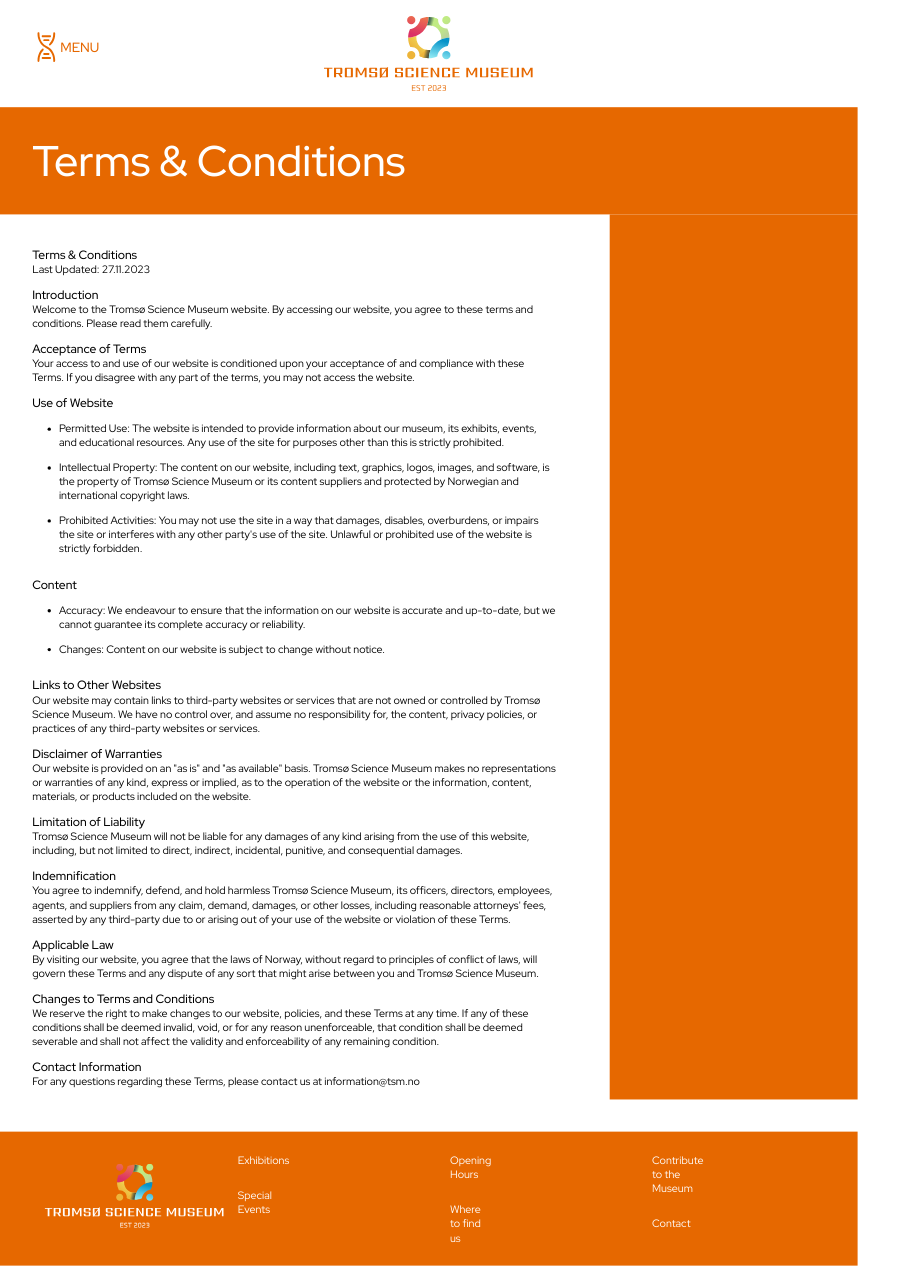
Repository: benjaminskarding/Semester-Project
Page: terms_conditions.html
An editor plug-in stored every save of this project. The page is shown before and after the next save, followed by the edit.
The browser window is 1280 px wide. The page is 1367 px wide, so the pictures cover 1367 px, including what lies to the right of the window. The pictures show the whole page, at 67% of full size.

Above is the page before, as saved 2023-11-29 16:12:05.

### terms_conditions.html
<!DOCTYPE html>
<html lang="en">
<head>
    <meta charset="UTF-8">
    <meta name="viewport" content="width=device-width, initial-scale=1.0">
    <link rel="stylesheet" href="/src/css/terms_conditions.css">
    <link rel="preconnect" href="https://fonts.googleapis.com">
    <link rel="preconnect" href="https://fonts.gstatic.com" crossorigin>
    <link href="https://fonts.googleapis.com/css2?family=Red+Hat+Display:wght@300;400;500;600;700;800&display=swap" rel="stylesheet">
    <title>Terms & Conditions</title>
</head>
<body>
    <header class="header-collection">
        <div class="header-wrapper">
            <nav class="header-main-nav">
                <div class="header-nav-left">
                    <a href="#menuOverlay" aria-label="Open Menu">
                        <img src="assets/images/icons/helixOrange.svg" class="menuIcon" alt="navigation menu icon">
                        <span class="orange">MENU</span>
                    </a>
                </div>
                <div class="header-nav-center-logo"></div>
                    <img class="logo" src="assets/images/logo/logoOrange.svg" alt="company logo">
                <div class="header-nav-right-placeholder">
                </div>
            </nav>
        </div>


        <!--hamburger menu overlay start-->
      <div class="hamburger-overlay" id="menuOverlay" aria-label="Menu overlay">

        <div class="overlay-header">
            <a href="#closeOverlay" class="overlay-close-btn" aria-label="Close menu">&times;</a>
            <a id="closeOverlay"></a>
        </div>

        <div class=overlayTitle>
          <h3>MENU</h3>
        </div>

        <div class="overlayOptionsContainer">
          <div class="separatorLine" aria-hidden="true"></div>
            <a href="list_of_products_men.html">
              <h5 class="menu-item">MENS</h5>
            </a>
          <div class="separatorLine" aria-hidden="true"></div>
            <a href="list_of_products_women.html">
              <h5 class="menu-item">WOMENS</h5>
          </a>
          <div class="separatorLine" aria-hidden="true"></div>
            <a href="list_of_products_men.html">
              <h5 class="menu-item">PHASE OUT 40%</h5>
          </a>
          <div class="separatorLine" aria-hidden="true"></div>
            <a href="about_page.html">
              <h5 class="menu-item">ABOUT</h5>
          </a>
          <div class="separatorLine" aria-hidden="true"></div>
            <a href="contact_us.html">
              <h5 class="menu-item">CONTACT</h5>
          </a>
          <div class="separatorLine" aria-hidden="true"></div>
            <a href="contact_us.html">
              <h5 class="menu-item">SUPPORT</h5>
          </a>
          <div class="separatorLine" aria-hidden="true"></div>
        </div>

        <div class="overlayLogoContainer">
            <img src="assets/images/logo/logo.svg" class="overlayLogo" alt="rainy days logo in hamburger overlay">
        </div>
      </div>
      <!--hamburger menu overlay end-->
    </header>
        <div class="top-bar">
            <h3 class="medium">Terms & Conditions</h3>
        </div>
        <div class="main-content-container">
            <div class="main-content">
                <h6>Terms & Conditions</h6>
                <p>Last Updated: 27.11.2023</p>
                <h6>Introduction</h6>
                <p>Welcome to the Tromsø Science Museum website. By accessing our website, you agree to these terms and conditions. Please read them carefully.</p>
                <h6>Acceptance of Terms</h6>
                <p>Your access to and use of our website is conditioned upon your acceptance of and compliance with these Terms. If you disagree with any part of the terms, you may not access the website.</p>
                <h6>Use of Website</h6>
                <ul>
                    <li>Permitted Use: The website is intended to provide information about our museum, its exhibits, events, and educational resources. Any use of the site for purposes other than this is strictly prohibited.</li>
                    <li>Intellectual Property: The content on our website, including text, graphics, logos, images, and software, is the property of Tromsø Science Museum or its content suppliers and protected by Norwegian and international copyright laws.</li>
                    <li>Prohibited Activities: You may not use the site in a way that damages, disables, overburdens, or impairs the site or interferes with any other party's use of the site. Unlawful or prohibited use of the website is strictly forbidden.</li>
                </ul>
                <h6>Content</h6>
                <ul>
                    <li>Accuracy: We endeavour to ensure that the information on our website is accurate and up-to-date, but we cannot guarantee its complete accuracy or reliability.</li>
                    <li>Changes: Content on our website is subject to change without notice.</li>
                </ul>
                <h6>Links to Other Websites</h6>
                <p>Our website may contain links to third-party websites or services that are not owned or controlled by Tromsø Science Museum. We have no control over, and assume no responsibility for, the content, privacy policies, or practices of any third-party websites or services.</p>
                <h6>Disclaimer of Warranties</h6>
                <p>Our website is provided on an "as is" and "as available" basis. Tromsø Science Museum makes no representations or warranties of any kind, express or implied, as to the operation of the website or the information, content, materials, or products included on the website.</p>
                <h6>Limitation of Liability</h6>
                <p>Tromsø Science Museum will not be liable for any damages of any kind arising from the use of this website, including, but not limited to direct, indirect, incidental, punitive, and consequential damages.</p>
                <h6>Indemnification</h6>
                <p>You agree to indemnify, defend, and hold harmless Tromsø Science Museum, its officers, directors, employees, agents, and suppliers from any claim, demand, damages, or other losses, including reasonable attorneys' fees, asserted by any third-party due to or arising out of your use of the website or violation of these Terms.</p>
                <h6>Applicable Law</h6>
                <p>By visiting our website, you agree that the laws of Norway, without regard to principles of conflict of laws, will govern these Terms and any dispute of any sort that might arise between you and Tromsø Science Museum.</p>
                <h6>Changes to Terms and Conditions</h6>
                <p>We reserve the right to make changes to our website, policies, and these Terms at any time. If any of these conditions shall be deemed invalid, void, or for any reason unenforceable, that condition shall be deemed severable and shall not affect the validity and enforceability of any remaining condition.</p>
                <h6>Contact Information</h6>
                <p>For any questions regarding these Terms, please contact us at information@tsm.no</p>
            </div>
            <div class="sidebar"></div>
        </div>
        <footer id=desktop-footer class="footer">
            <div class="footer-container">
                  <!--footer left side-->
                  <a href="index.html" class="footer-left-container" aria-label="Back to homepage">
                    <img src="assets/images/logo/logo.svg" class="footer-logo" alt="company logo in footer">
                  </a>
                <!--footer center-->
                <div class="footer-center-container">
                  <div class="footer-column-1">
                    <p class="footer-titles">Exhibitions</p>
                    <p class="footer-titles">Special Events</p>
                  </div>
                  <div class="footer-column-2">
                    <p class="footer-titles">Opening Hours</p>
                    <p class="footer-titles">Where to find us</p>
                  </div>
                  <div class="footer-column-3">
                    <p class="footer-titles">Contribute to the Museum</p>
                    <p class="footer-titles">Contact</p>
                  </div>
                  <div class="footer-column-4">
                    <p class="footer-titles">Terms & Conditions</p>
                    <p class="footer-titles">Privacy Policy</p>
                  </div>
                </div>
            </div>
          </footer>
</body>
</html>

### src/css/terms_conditions.css
@import url(common.css);
@import url(_reset.css);
@import url(_variables.css);

.sidebar {
    display: flex;
    flex-direction: column;
    align-items: center;
    justify-content: flex-start;
    background-color: #E66800;
    width: 30%;
}

.main-content {
    display: flex;
    flex-direction: column;
    margin-left: 3rem;
    margin-top: 3rem;
    width: 70%;
}

.main-content p, li {
    margin-bottom: 1em;
    margin-right: 5em;
}

.reduce-margin {
    margin-top: -1em;
}

### src/css/common.css
body, html {
    height: 100%;
    margin: 0;
}

a {
    text-decoration: none;
    cursor: pointer;
    color: inherit;
}

/* common header, landing page has specific */

.header-collection {
    background-color: white;
    height: 160px;
}

.header-wrapper {
    margin-left: 3rem;
    margin-right: 3rem;
}

.logo {
    margin-top: 1.5rem;
}


.header-main-nav {
    display: flex;
    justify-content: space-between;
    align-items: center;
    width: 100%;
}



.header-nav-left {
    flex: 1;
    display: flex;
    align-items: center;
    font-size: 1.25rem;
    font-weight: var(--font-weight-medium);
}

.header-nav-left a {
    display: flex;
    justify-content: flex-start;
    align-items: center;
}

.header-nav-center-logo {
    flex: 0;
}

.header-nav-right-placeholder {
    flex: 1;
    display: flex;
    justify-content: flex-end;
}

/* Footer */

.footer{
    background-color: var(--color-secondary);
    height: 200px;
    display: flex;
    margin-top: 3rem;
}

.footer-container {
    display: flex;
    align-items: center;
    justify-content: space-between;
    margin-left: 3rem;
    margin-right: 3rem;
    width: 100%;
}


.footer-center-container {
    display: flex;
    gap: 15rem;
    margin-right: 3rem;
}

.footer-logo {
    height: 100px;
}

.footer-titles {
    display: flex;
    margin-bottom: 2rem;
    margin-top: 2rem;
    color: white;
}


/* Main content */

.main-content-container {
    display: flex;
}

.top-bar {
    display: flex;
    align-items: center;
    background-color: #E66800;
    width: 100%;
    height: 160px;
}

.top-bar h3 {
    margin-left: 3rem;
}

/* Hamburger overlay */

.hamburger-overlay {
    position: fixed;
    top: 160px;
    right: 0;
    width: 30rem;
    height: 100%;
    background-color: var(--color-secondary);
    z-index: 1000;
    visibility: hidden;
    opacity: 0;
    transition: opacity 0.3s, visibility 0.3s;
    display: flex;
    flex-direction: column;
    justify-content: space-between;
}

.overlay-header {
    display: flex;
    justify-content: space-between;
    align-items: center;
    text-align: center;
}

.hamburger-overlay:target {
    visibility: visible;
    opacity: 1;
}

.overlayOptionsContainer {
    flex-direction: column;
    height: 100%;
}

.menu-item {
    display: flex;
    justify-content: space-between;
    align-items: center;
    margin: 0 1rem;
    color: white;
}

.overlayTitle {
    display: flex;
    align-items: center;
    justify-content: center;
    color: var(--color-primary);
    margin-bottom: 10px;
}

.overlayLogoContainer {
    display: flex;
    justify-content: center;
    margin-bottom: 2rem;
    margin-top: 1rem;
}

.overlayLogo {
    width: 50%;
}

.overlay-close-btn {
    padding-top: 10px;
    margin-left: 1rem;
    color: white;
    font-size: 2rem;
    background: none;
    border: none;
    cursor: pointer;
}

### src/css/_reset.css
*, *:before, *:after {
    box-sizing: inherit;
  }

  body {
    box-sizing: border-box;
    min-height: 100vh;
    margin: 0;
  }

### src/css/_variables.css
:root{
    --color-primary: white;
    --color-secondary: #E66800;

    --font-primary: 'Red Hat Display', sans-serif;
    --font-size: 16px;
    --font-weight-regular: 400;
    --font-weight-medium: 500;
    --font-weight-semibold: 600;
    --font-weight-bold: 700;
}

.medium {
    font-weight: 500
}

.regular {
    font-weight: 400;
}

.semibold {
    font-weight: 600;
}

strong, .bold {
    font-weight: var(--font-weight-bold)
}

body {
    font-family: var(--font-primary)
}

.white {
    color:white;
}

.orange {
    color: var(--color-secondary)
}

h1,h2,h3,h4 {
    color: var(--color-primary)
}

h1,h2,h3,h4,h5,h6,p {
    font-family: var(--font-primary);
    margin: 0;
    padding: 0;
}

h3 {
    font-size: 4rem; /* 64px */
}

h5 {
    font-size: 1.25rem; /*20px*/
    font-weight: var(--font-weight-medium);
}

h6 {
    font-size: 1.125rem; /*18px*/
    font-weight: var(--font-weight-medium)
}

After the next save:
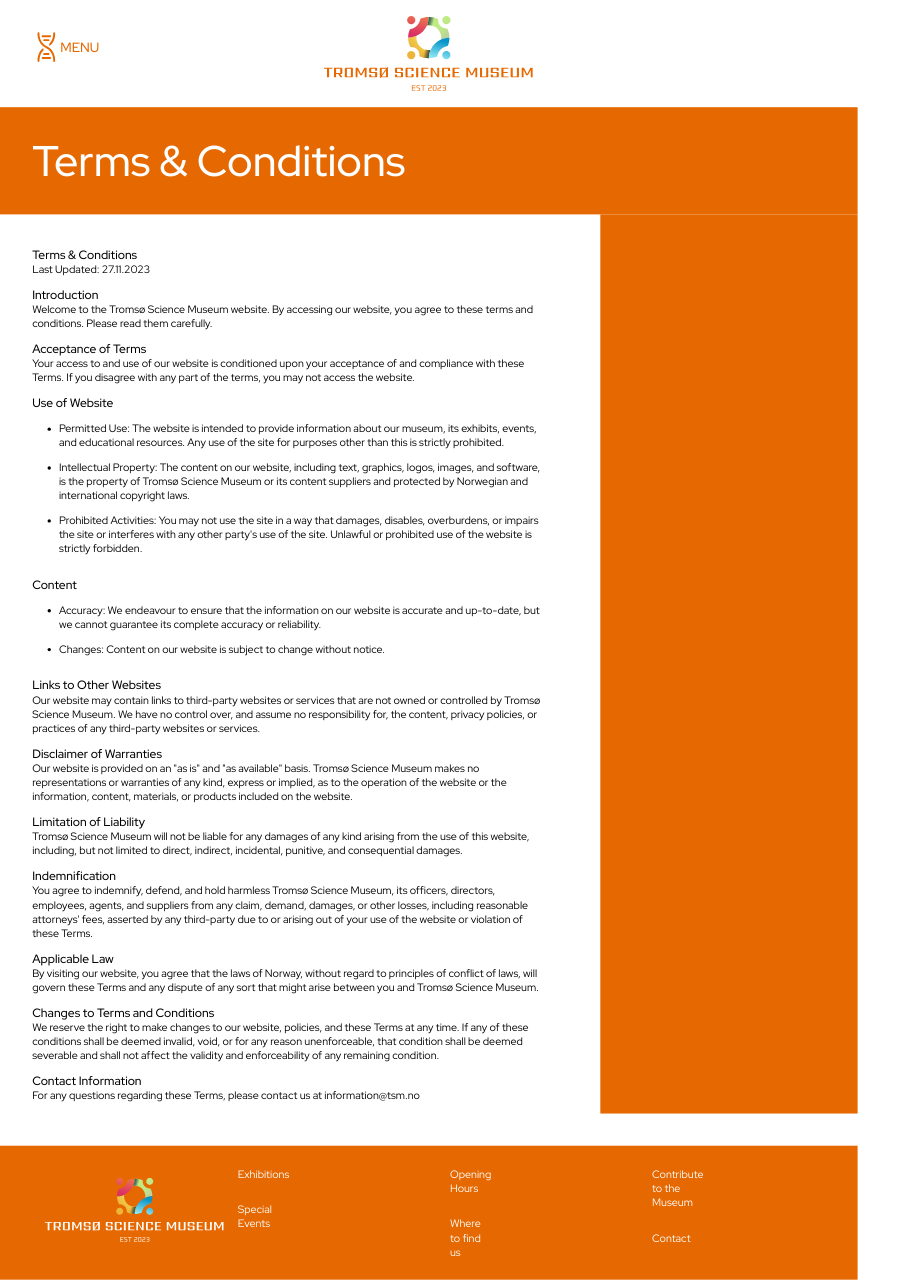
Saved 50 s later.
--- a/src/css/terms_conditions.css
+++ b/src/css/terms_conditions.css
@@ -16,7 +16,7 @@
     flex-direction: column;
     margin-left: 3rem;
     margin-top: 3rem;
-    width: 70%;
+    flex: 2;
 }
 
 .main-content p, li {
